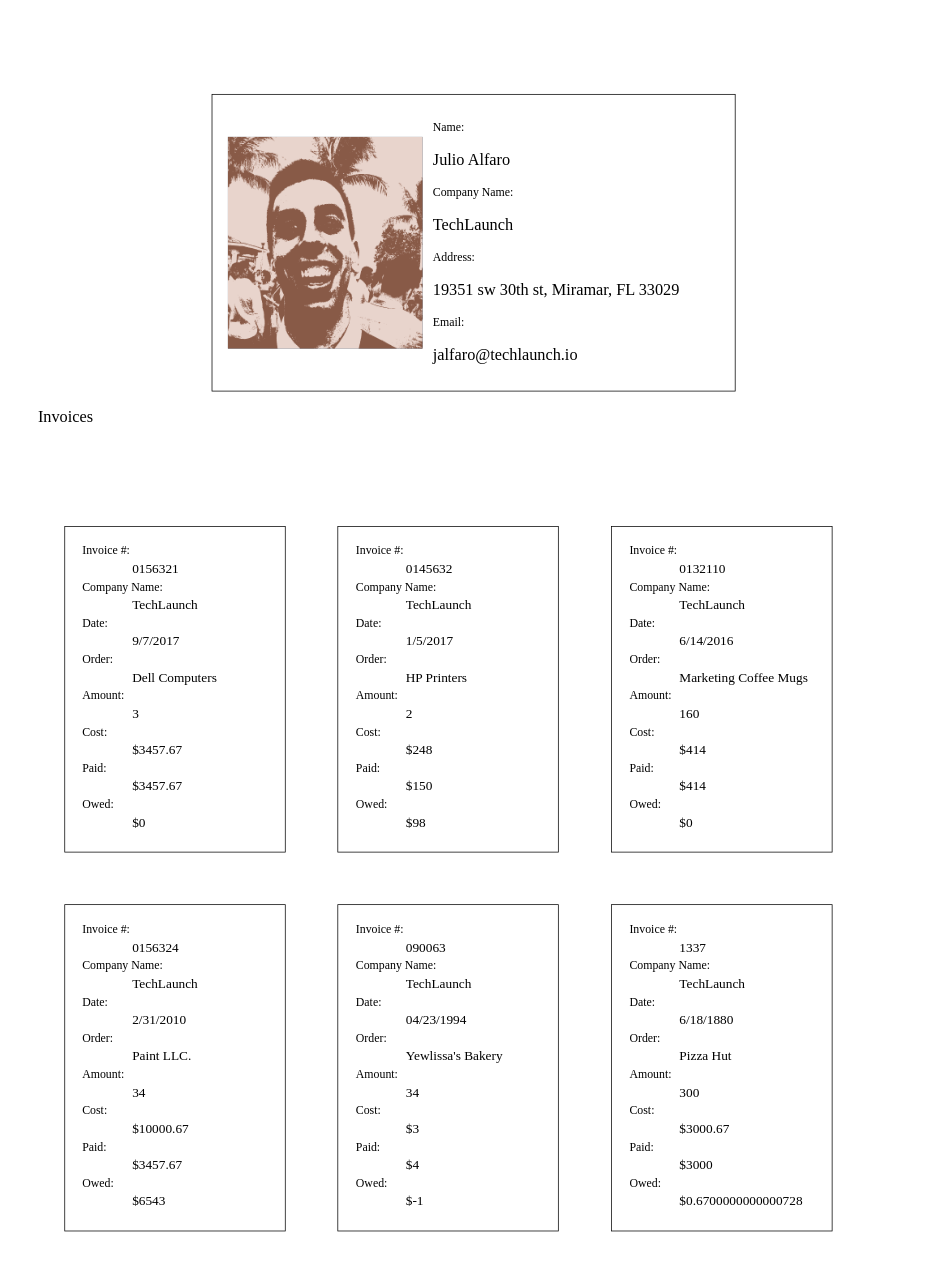
Repository: Juliolikescoding/WEB1100_invoice_app
Page: index.html
An editor plug-in stored every save of this project. The page is shown before and after the next save, followed by the edit.
The browser window is 1280 px wide. The pictures show the whole page, at 74% of full size.
Some web fonts or font styles are not loaded; a fallback is used.

Above is the page before, as saved 2018-05-17 19:34:34.

After the next save:
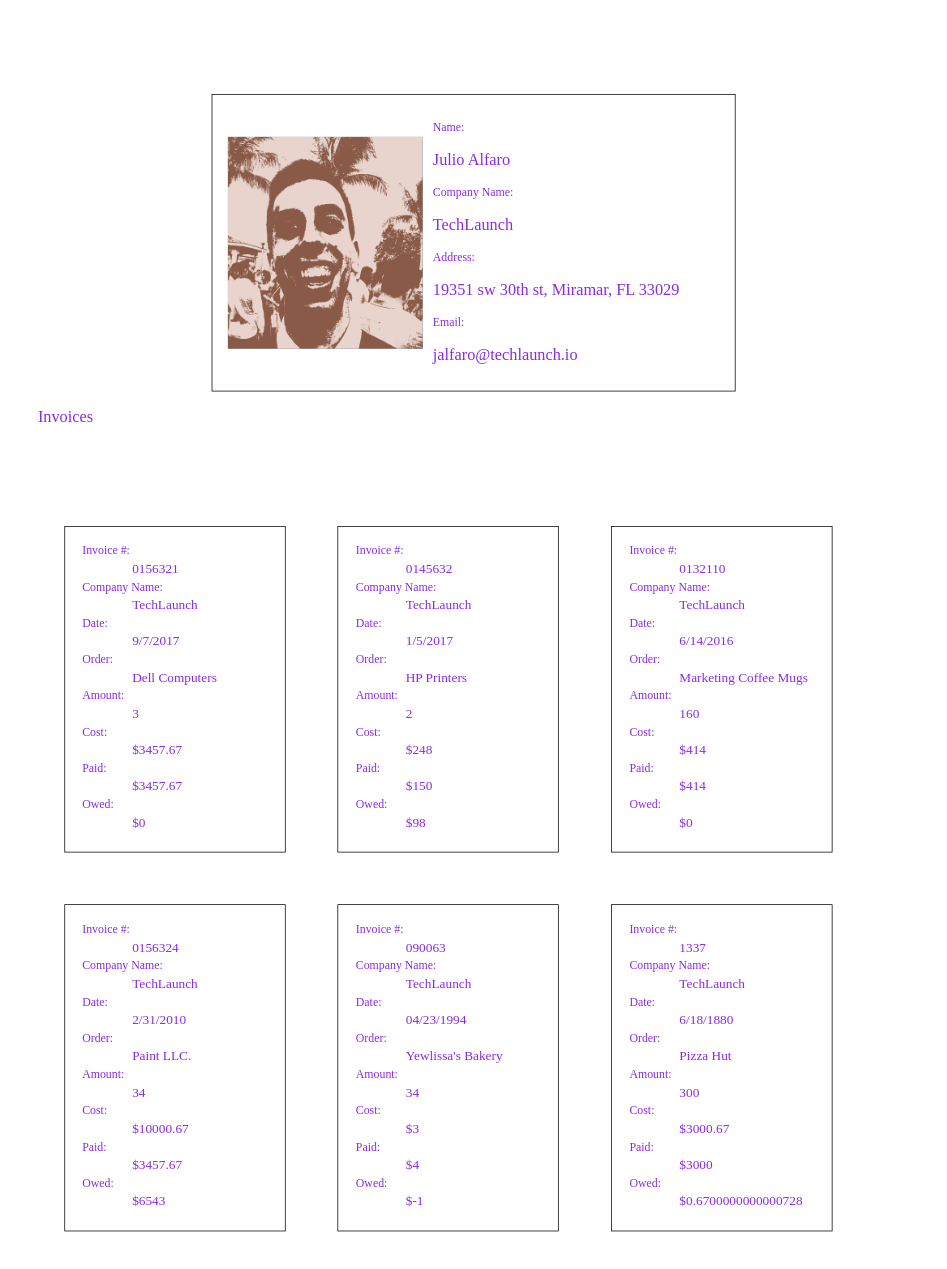
Saved 3 min 39 s later.
--- a/index.html
+++ b/index.html
@@ -9,6 +9,7 @@
     <style>
         body{
             margin: 10% 4% 4% 4%;
+             color:blueviolet;   /*change 1 */
         }
         .userContainer{
             display: flex;
